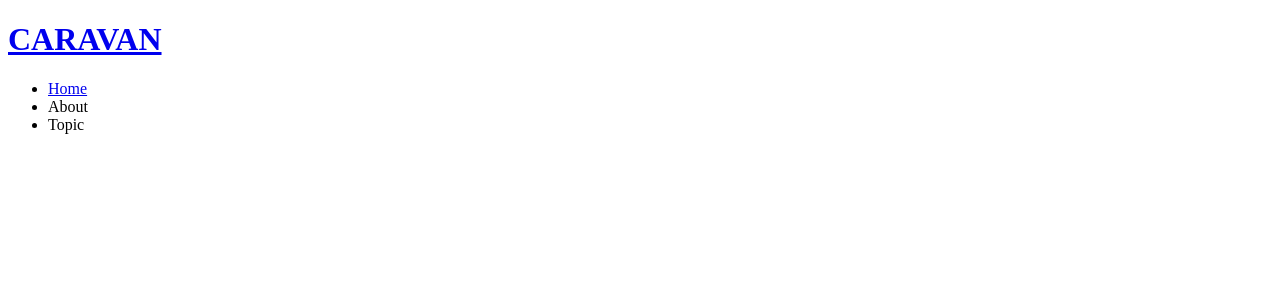
Repository: Yuya0829/Re_Study
Page: caravan/index.html
The author's editor kept a record of every edit. The page is drawn from the files as they stood at one moment, then again after the next edit.
The browser window is 1280 px wide. The pictures show the whole page.

Above is the page before.

### caravan/index.html
<!DOCTYPE html>
<html lang="ja">
  <head>
    <meta charset="UTF-8" />
    <!-- CSSファイルの読み込み -->
    <link rel="stylesheet" href="style.css" />
    <title>CARAVAN</title>
  </head>

  <body>
    <!-- header -->
    <header>
      <h1 class="heading">
       <a href="index.html">
        CARAVAN
       </a>
      </h1>
    </header>

    <!-- navigation -->
    <nav>
      <ul class="nav-list">
        <li class="nav-list-item">
          <a href="index.html">Home</a>
        </li>
        <li class="nav-list-item">About</li>
        <li class="nav-list-item">Topic</li>
      </ul>
    </nav>

     <!-- main-visual用のdiv -->
    <div class="main-visual">
      <div class="main-visual-content"></div>
    </div>

     <!-- main用のdiv -->
    <div class="main">
      <div class="blog"></div>
      <div class="sidebar"></div>
    </div>

     <!-- footer -->
    <footer></footer>

  </body>
</html>

Loaded but not shown: sample/style.css (common file)

After the next edit:
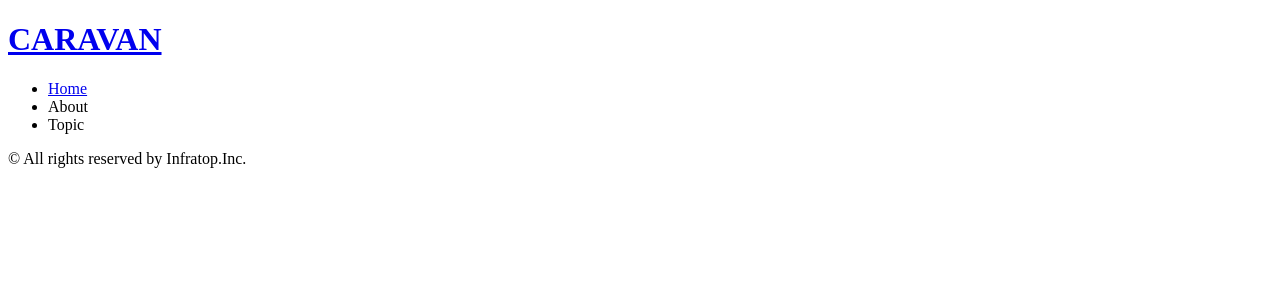
The edit:
--- a/caravan/index.html
+++ b/caravan/index.html
@@ -40,7 +40,9 @@
     </div>
 
      <!-- footer -->
-    <footer></footer>
+    <footer>
+      <p class="footer-text">© All rights reserved by Infratop.Inc.</p>
+    </footer>
 
   </body>
 </html>
